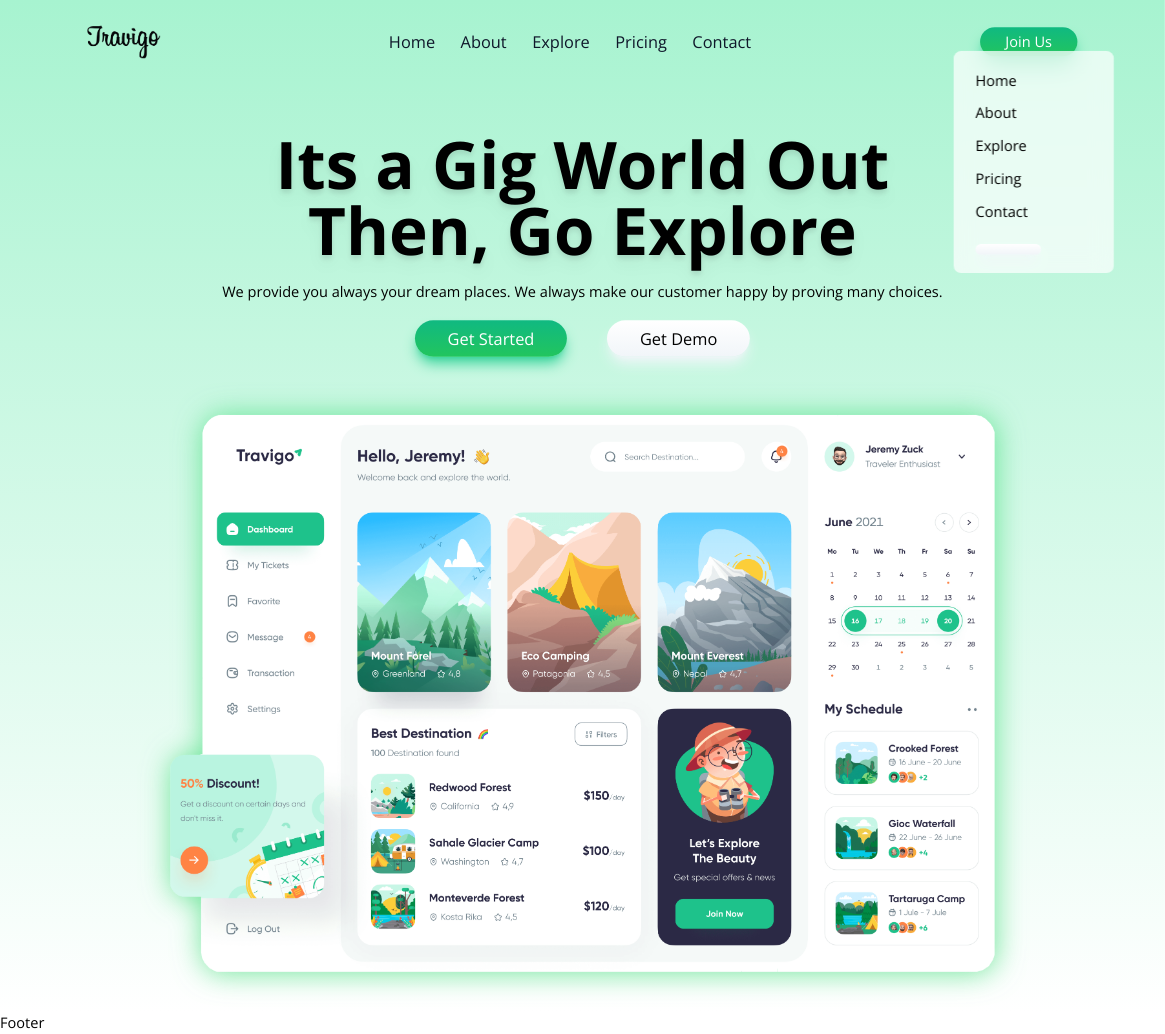
Repository: ThiAlbani83/travigo-travel-app
Page: /
The author's editor kept a copy of each file at every save. The page is drawn from the files as they stood at one save, then again after the next save.
The browser window is 1280 px wide. The pictures show the whole page, at 91% of full size.
The project was rebuilt for these pictures with package versions that can differ from the ones it lists, and the page was loaded fresh each time. Also part of the build but not shown: vite.config.js.

Above is the page before, as saved 2023-03-20 23:57:48.

After the next save:
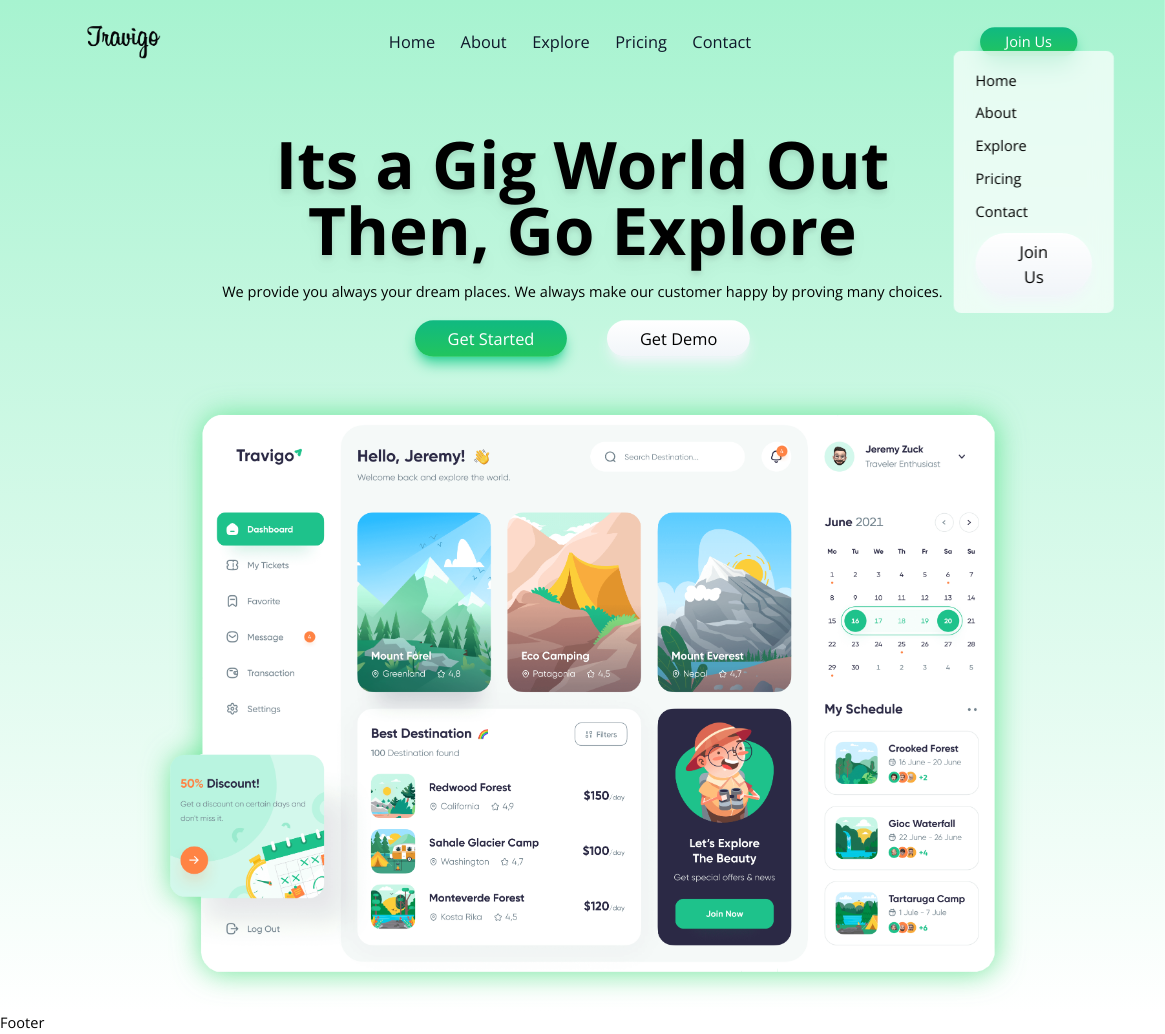
Saved 10 s later.
--- a/src/components/PopupMenu.jsx
+++ b/src/components/PopupMenu.jsx
@@ -16,7 +16,7 @@
                     ))}
                     <li>
                         <button type='button' className='button-light'>
-
+                            Join Us
                         </button>
                     </li>
                 </ul>
